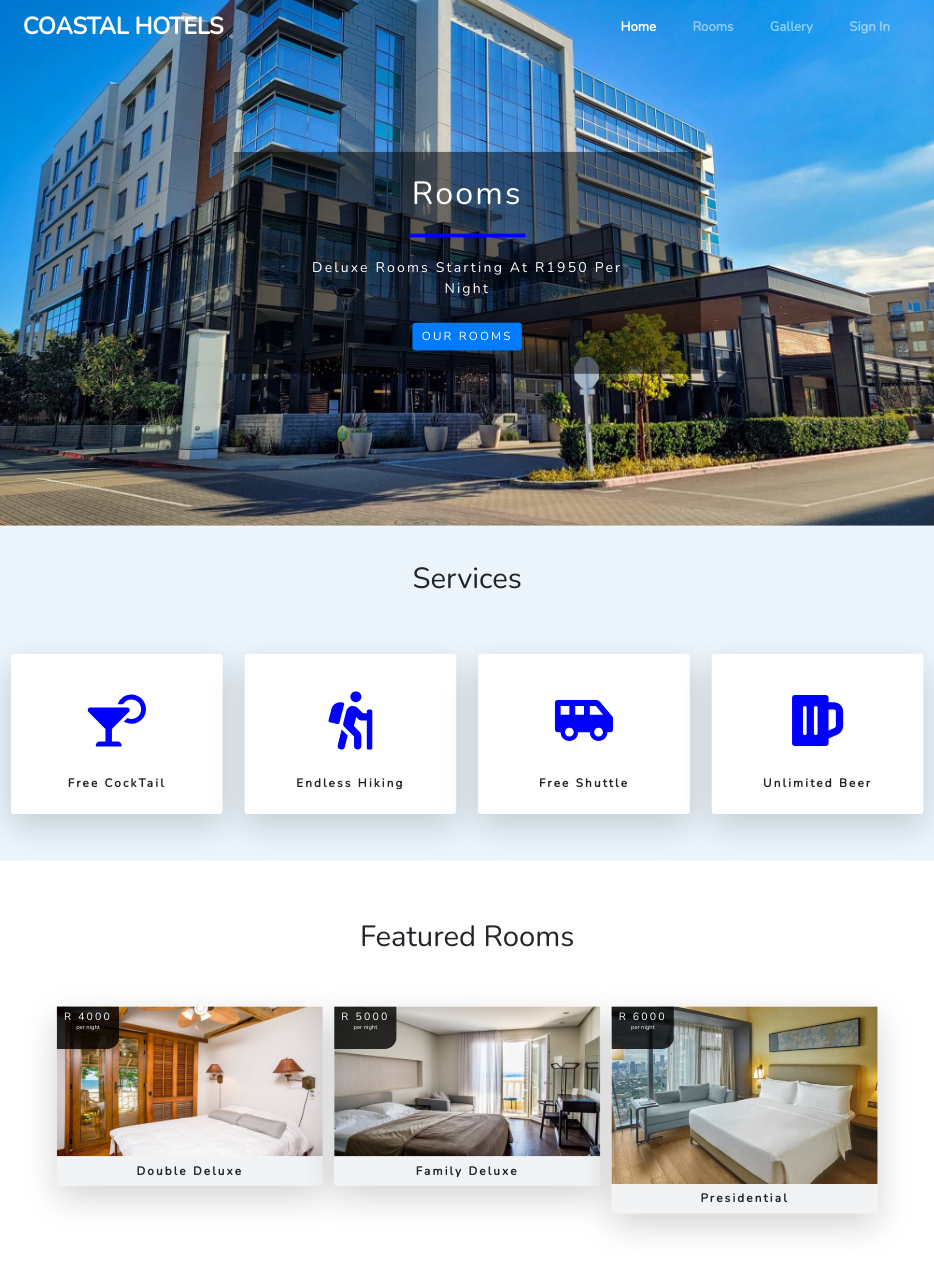
Repository: tebo27cMd/hotel
Page: /
These files come from the project's save history. The page is drawn as it stood at one moment and after the next save; the edit follows.
The browser window is 1280 px wide. The pictures show the whole page, at 73% of full size.
The project was rebuilt for these pictures with package versions that can differ from the ones it lists, and the page was loaded fresh each time. Also part of the build but not shown: src/components/RoomsFilter.jsx, src/components/RoomsList.jsx, src/components/RoomsContainer.jsx, src/pages/Rooms.jsx, src/components/StyledHero.jsx, src/firebase.js, src/pages/SingleRoom.jsx, src/pages/Error.jsx and 7 more.

Above is the page before, as saved 2022-11-16 12:54:34.

### public/index.html
<!DOCTYPE html>
<html lang="en">
  <head>
    <meta charset="utf-8" />
    <link rel="icon" href="%PUBLIC_URL%/favicon.ico" />
    <meta name="viewport" content="width=device-width, initial-scale=1" />
    <meta name="theme-color" content="#000000" />
    <meta
      name="description"
      content="Web site created using create-react-app"
    />
    <link rel="apple-touch-icon" href="%PUBLIC_URL%/logo192.png" />
    <link rel="manifest" href="%PUBLIC_URL%/manifest.json" />
    <title>Hotel Booking App</title>
    <link href="https://fonts.googleapis.com/css2?family=Nunito&display=swap" rel="stylesheet">
  </head>
  <body>
    <noscript>You need to enable JavaScript to run this app.</noscript>
    <div id="root"></div>
  </body>
</html>

### src/index.js
import React from 'react';
import ReactDOM from 'react-dom';
import App from './App';
import './index.css'
import * as serviceWorker from './serviceWorker';
import {RoomProvider} from './context'


ReactDOM.render(
  <React.StrictMode>
  <RoomProvider>
     <App />
  </RoomProvider>
  </React.StrictMode>,
  document.getElementById('root')
);

serviceWorker.unregister();

### src/App.js
import React from 'react';
import './App.css';
import '../node_modules/bootstrap/dist/css/bootstrap.min.css';
import '../node_modules/bootstrap/dist/js/bootstrap.min.js';
import { BrowserRouter,Route,Switch } from 'react-router-dom';
import Home from './pages/Home';
import Rooms from './pages/Rooms';
import SingleRoom from './pages/SingleRoom';
import Error from './pages/Error';
import Navbar from './components/Navbar';
import About from './pages/About';
// import Footer from './components/Footer';
import Contact from './pages/Contact';
import Booknow from './pages/Booknow';
// import Login from './pages/Login';
// import Register from './pages/Register';
import Payment from './pages/Payments';
import Gallery from './pages/gallery';

function App() {
  return (
    <div className="App">
      <BrowserRouter>
        <Navbar/>
        <Switch>
          {/* <Route exact path="/" component={Login}/> */}
          <Route exact path="/" component={Home} />
          <Route path="/about" component={About} />
          <Route path="/contact" component={Contact} />
          <Route path="/rooms/:id" component={SingleRoom} />
          <Route path="/rooms/" component={Rooms}/>
          <Route path="/booknow/:id" component={Booknow} />
          <Route path='/payments' component={Payment}/>
          <Route path='/gallery' component={Gallery}/>
          {/* <Route path='/login' component={Login}/>
          <Route path='/register' component={Register}/> */}
          <Route component={Error}/>
        </Switch>
        {/* <Footer/> */}
      </BrowserRouter>
    </div>
  );
}

export default App;

### src/App.css
@import url('https://fonts.googleapis.com/css2?family=Nunito&display=swap');
body {
  margin: 0;
  padding: 0;
  font-family: 'Nunito', sans-serif;
}
* {
  margin: 0;
  padding: 0;
  box-sizing: border-box;
}
:root {
  --primaryColor: #0000ff;
  --mainWhite: #fff;
  --offWhite: #f7f7f7;
  --mainBlack: #222;
  --mainGrey: #ececec;
  --darkGrey: #cfcfcf;
  --mainTransition: all 0.3s linear;
  --mainSpacing: 3px;
  --lightShadow: 2px 5px 3px 0px rgba(0, 0, 0, 0.5);
  --darkShadow: 4px 10px 5px 0px rgba(0, 0, 0, 0.5);
}
/* globals */
h1 {
  font-size: 3em;
  line-height: 1;
  margin-bottom: 0.5em;
}
h2 {
  font-size: 2em;
  margin-bottom: 0.75em;
}
h3 {
  font-size: 1.5em;
  line-height: 1;
  margin-bottom: 1em;
}
h4 {
  font-size: 1.2em;
  line-height: 1.25;
  margin-bottom: 1.25em;
}
h5 {
  font-size: 1em;
  font-weight: bold;
  margin-bottom: 1.5em;
}
h6 {
  font-size: 1em;
  font-weight: bold;
  margin-bottom: 1.5em;
}

.btn-primary {
  display: inline-block;
  text-decoration: none;
  letter-spacing: var(--mainSpacing);
  color: var(--mainBlack);
  background: var(--primaryColor);
  padding: 0.4rem 0.9rem;
  border: 3px solid var(--primaryColor);
  transition: var(--mainTransition);
  text-transform: uppercase;
  cursor: pointer;
}
.btn-warning {
  display: inline-block;
  text-decoration: none;
  letter-spacing: var(--mainSpacing);
  color: var(--mainBlack);
  background: var(--primaryColor);
  padding: 0.4rem 0.9rem;
  border: 3px solid var(--primaryColor);
  transition: var(--mainTransition);
  text-transform: uppercase;
  cursor: pointer;
}
.btn-primary:hover{
  text-decoration: none;
  background: transparent!important;
  color: #fff!important;
}
.btn-warning:hover{
  text-decoration: none;
  background: transparent!important;
  color: yellow!important;
}
.loading {
  text-transform: capitalize;
  text-align: center;
  margin-top: 3rem;
}
.roomerror{
  margin-top: 100px;
}
.roomerror:hover .error{
  background-color: #2C3E50;
  color: #ffffff!important;
}
.error {
  text-align: center;
  text-transform: uppercase;
  margin: 2rem 0;
}
.empty-search {
  text-align: center;
  text-transform: capitalize;
  margin: 2rem 0;
  padding: 1rem;
  letter-spacing: var(--mainSpacing);
}

/* end of globals */
/* Navbar */
.nav-link{
  padding: 8px 15px;
  margin-left: 10px;
  margin-right: 20px;
  font-size: 18px;
  text-align: center;
  border: 2px solid transparent;
  transition: .5s linear;
  font-weight: 800;
  -webkit-transition: .5s linear;
  -moz-transition: .5s linear;
  -ms-transition: .5s linear;
  -o-transition: .5s linear;
}
.bg-transparent.scrolled {
  background-color: black!important;
  transition:500ms ease;
}

.navbar-brand{
  font-size: 32px!important;
  color: #ffffff!important;
}
.nav-link:hover{
  color: #ffffff;
  border-bottom: 2px solid #ffffff;
}
.nav-link.active_class{
color: #ffffff;
border: 2px solid #ffffff;
font-weight: 800;
}

.form-control{
border: 2px solid #000;
}
.form-control:focus,
.form-control.active {
  border: 2px solid #000000!important;
}
textarea:focus,
textarea.form-control:focus,
input.form-control:focus,
input[type=text]:focus,
input[type=password]:focus,
input[type=email]:focus,
input[type=number]:focus,
[type=text].form-control:focus,
[type=password].form-control:focus,
[type=email].form-control:focus,
[type=tel].form-control:focus,
[contenteditable].form-control:focus {
box-shadow: inset 0 -1px 0 #ddd;
}


/* end of navbar */
/* Hero */
.defaultHero,
.roomsHero {
  min-height: calc(100vh - 0px);
  background: url("./images/defaultBcg.jpg") center/cover no-repeat;
  display: flex;
  align-items: center;
  justify-content: center;
  position: relative;
}
.roomsHero {
  background-image: url("./images/room-2.jpg");
  min-height: calc(100vh - 0px);
}
.singleRoom {
  background-image: url("./images/room-3.jpeg");
  min-height: calc(100vh - 0px);
}
.roomsError{
  background-image: url("./images/error.jpg");
  min-height: calc(100vh - 0px);
}
.lost{
  font-size: 44px;
  color: yellow;
  text-align: center;
}
/* End of Hero */
/* Banner */
.banner {
  display: inline-block;
  position: absolute!important;
  background: rgba(0, 0, 0, 0.5)!important;
  color: var(--mainWhite);
  text-align: center;
  text-transform: capitalize;
  letter-spacing: var(--mainSpacing);
  top: 50%;
  left: 50%;
  transform: translate(-50%, -50%);
}
.banner h1 {
  font-size: 44px!important;
}
.banner div {
  width: 10rem;
  height: 5px;
  background: var(--primaryColor);
  margin: 1.7rem auto;
}
.banner p {
  font-size: 1.2rem;
  margin-bottom: 2rem;
}
@media screen and (max-width: 576px) {
  .banner {
    padding: 2rem 3rem!important
  }
  .banner h1 {
    font-size: 32px!important;
  }
}
@media screen and (min-width: 992px) {
  .banner {
    padding: 2rem 6rem;
  }
  .banner h1 {
    font-size: 4rem;
  }
}
/* End of Banner */
/* Title */
.section-title {
  text-align: center;
  margin-bottom: 4rem;
}
.section-title h4 {
  font-size: 2rem;
  letter-spacing: var(--mainSpacing);
  text-transform: capitalize;
  margin-bottom: 1rem;
}
.section-title div {
  width: 5rem;
  height: 5px;
  margin: 0 auto;
  background: var(--primaryColor);
}
/* end of Title */

/* services */
.services {
  padding: 3rem 0;
}
.services {
  background: #EBF5FB;
  text-align: center;
}

.service span {
  display: inline-block;
  color: var(--primaryColor);
  font-size: 80px;
  margin-bottom: 1.5rem;
  transition: 1s linear;
  -webkit-transition: 1s linear;
  -moz-transition: 1s linear;
  -ms-transition: 1s linear;
  -o-transition: 1s linear;
}
.services span:hover{
  transform: rotate(360deg);
  -webkit-transform: rotate(360deg);
  -moz-transform: rotate(360deg);
  -ms-transform: rotate(360deg);
  -o-transform: rotate(360deg);
}
.services h6 {
  letter-spacing: var(--mainSpacing);
  font-weight: 1000;
  text-transform: capitalize;
}
.services p {
  width: 80%;
  margin: 0 auto;
}
@media screen and (min-width: 992px) {
  .services-center {
    width: 95vw;
    max-width: 1170px;
  }
}

@media screen and (min-width: 1200px) {
  .services p {
    width: 100%;
  }
}
/*end of services */
/* featured rooms */

.featured-rooms {
  padding: 5rem 0;
}

/* end pf featured rooms */
/* room */
.room {
  transition: 0.4s linear;
  -webkit-transition: 0.4s linear;
  -moz-transition: 0.4s linear;
  -ms-transition: 0.4s linear;
  -o-transition: 0.4s linear;
  position: relative;
}
.room:hover {
  box-shadow: 0px 9px 18px rgba(0, 0, 0, 0.5)!important;
}

.price-top {
  position: absolute;
  top: 0;
  left: 0;
  background: rgba(0, 0, 0, 0.8);
  color: var(--mainWhite);
  padding: 0.3rem 0.6rem 0.5rem;
  border-bottom-right-radius: 1rem;
  font-size: 0.5rem;
  text-align: center;
  transition: 0.4s linear;
  -webkit-transition: 0.4s linear;
  -moz-transition: 0.4s linear;
  -ms-transition: 0.4s linear;
  -o-transition: 0.4s linear;
}
.price-top h6 {
  margin-bottom: 0;
  font-size: 0.9rem;
  font-weight: 300;
  letter-spacing: var(--mainSpacing);
}
.room-link {
  position: absolute;
  bottom: 0;
  right: 0;
  opacity: 0;
  transition: all 0.3s linear;
}
.room:hover {
  background: rgba(0, 0, 0, 0.8);
}
.room:hover img {
  opacity: 0.3;
}
.room:hover .price-top {
  opacity: 0;
}
.room:hover .room-link {
  opacity: 1;
  transform: translate(-90%, -200%) scale(1);
  -webkit-transform: translate(-90%, -200%) scale(1);
  -moz-transform: translate(-90%, -200%) scale(1);
  -ms-transform: translate(-90%, -200%) scale(1);
  -o-transform: translate(-90%, -200%) scale(1);
}
.room-info {
  background: #F2F3F4;
  text-transform: capitalize;
  padding: 0.5rem 0;
  text-align: center;
  font-weight: 700;
  letter-spacing: var(--mainSpacing);
  margin-bottom: 0;
}
/* end of room  */
/* single room*/

.single-room {
  padding: 5rem 0 0 0;
}
.single-room-images {
  width: 80vw;
  margin: 0 auto;
  display: grid;
  grid-template-columns: repeat(auto-fit, minmax(350px, 1fr));
  grid-row-gap: 2rem;
  grid-column-gap: 50px;
}
.single-room-images img {
  width: 100%;
  display: block;
}
.single-room-info {
  width: 80vw;
  display: grid;
  grid-template-columns: 1fr;
  margin: 2rem auto;
}
.desc,
.info {
  margin: 1rem 0;
}
.desc h3 {
  text-transform: capitalize;
  letter-spacing: var(--mainSpacing);
}
.desc p {
  line-height: 1.5;
}
.info h3,
.info h6 {
  text-transform: capitalize;
  letter-spacing: var(--mainSpacing);
}

.info h6 {
  font-weight: 300;
}
.room-extras {
  width: 80vw;
  margin: 0 auto 3rem auto;
}
.room-extras h6 {
  text-transform: capitalize;
  letter-spacing: var(--mainSpacing);
}
.extras {
  list-style-type: none;
  display: grid;
  grid-template-columns: repeat(auto-fit, minmax(330px, 1fr));
  grid-column-gap: 2rem;
  grid-row-gap: 1rem;
}
@media screen and (min-width: 992px) {
  .single-room-images,
  .single-room-info,
  .room-extras {
    width: 95vw;
    max-width: 1170px;
  }
  .single-room-info {
    display: grid;
    grid-template-columns: 1fr 1fr;
    grid-column-gap: 2rem;
  }
  .info {
    padding-left: 3rem;
  }
}
/* end of single room*/
/* roomlist */
.roomslist {
  padding: 5rem 0;
}
.roomslist-center {
  width: 80vw;
  margin: 0 auto;
  display: grid;
  grid-template-columns: repeat(auto-fill, minmax(270px, 1fr));
  grid-row-gap: 2rem;
  grid-column-gap: 30px;
}

@media screen and (min-width: 776px) {
  .roomslist-center {
    width: 90vw;
  }
}
@media screen and (min-width: 992px) {
  .roomslist-center {
    width: 95vw;
    max-width: 1170px;
  }
}
/* end of roomlist */
/*  rooms fitler*/
/* .filter-container {
  padding: 5rem 0;
}

.form-group {
  text-transform: capitalize;
}
.form-group label {
  display: block;
  letter-spacing: var(--mainSpacing);
  margin-bottom: 0.5rem;
} */

.single-extra label {
  display: inline-block;
  font-size: 0.8rem;
  margin-left: 0.5rem;
}

/* end of rooms fitler*/

/* aboutus */

.aboutus,.contact{
  margin-top: 100px!important;
}
.about_company,.team{
  padding: 60px 30px;
}
.about_info{
  letter-spacing: 40;
}
.carousel-inner{
  min-height: 400px!important;
  max-height: 400px!important;
}
.connect{
  font-size: 44px!important;
  padding: 5px 8px;
}
/*  */
.container-log{
  display: flex;
  width: 100vw;
  height: 100vh;
  background:url(./images/back.jpg);
  background-size: cover;
justify-content: center;
}


.details{
  padding-top: 200px;
  content:center ;
  /* place-content: ; */
}

.put{
  width:50px;
  font-size: 20px;
  margin-top:10px;
  padding-right: 30px;
}

.put label{
 width: 500px;
 /* height: 100px; */
 font-size: 0.9em;
}

#det{
  width: 300px;
  height: 30px;
  border-radius: 10px;
  border: 1px solid rgb(110, 9, 177);
}

.btn-login{
  display: flex;
  font-size: 19px;
  border-radius:9px;
  color:white;
  background: rgb(255, 98, 0);
  box-shadow:  black 0px 15px 12px;
  outline: none;
  cursor: pointer;
  margin-top: 20px;
  width: 60px;


}
.acc{
  display: flex;
  flex-direction: row;
}

.acc span{
  padding-top:15px;
}
.btnl{
  display: flex;
  justify-content: center;
}


.containerreg{

  padding-top: 200px;
  display: grid;
  background:url(./images/back.jpg);
  background-size: cover;
}

.input{
  width:300px;
  margin-bottom:5px ;
}
#input{
  height: 40px;
  width: 350px;
  border-radius:10px;
  border: 1px solid rgb(110, 9, 177);
}

.input label{
  font-size: 1.1em;
}

.Register{
  background-size: cover;
  display: flex;
  flex-direction: column;
  align-items: center;
  width: 400px;
  margin:auto;
}

.btn-reg{
  display: flex;
  font-size: 20px;
  border-radius:25px;
  color:white;
  background: blue;
  box-shadow:  black 0px 15px 12px;
  outline: none;
  cursor: pointer;
  transition: all 0.1s;


}

### src/pages/Home.jsx
import React from 'react'
import Hero from '../components/Hero';
import Banner from '../components/Banner';
import { Link } from 'react-router-dom';
import Services from '../components/Services';
import FeaturedRooms from '../components/FeaturedRooms';

export default function Home() {
    return (
        <>
        <Hero hero="defaultHero">
        </Hero>
        <Banner title="Rooms" subtitle="deluxe rooms starting at R1950 per night">
                <Link to="/rooms" className="btn btn-primary">
                      Our Rooms
                </Link>
        </Banner>
        <Services/>
        <FeaturedRooms/>
        </>

    )
}

### src/components/Navbar.jsx
import React from 'react';
import {NavLink} from 'react-router-dom';
import { FaAlignRight } from 'react-icons/fa';
import jquery from 'jquery';

// for changing navbar  color
jquery(window).scroll(function() {
jquery('nav').toggleClass('scrolled', jquery(this).scrollTop() > 0);
})

const Navbar = () => {
    return (
    <>
        <nav className="navbar navbar-expand-sm navbar-dark bg-transparent py-2 fixed-top">
            <div className="container-fluid ">
                <span className="navbar-brand font-weight-bolder">COASTAL HOTELS</span>
                <a href="void(0)" className="navbar-toggler border-0" data-toggle="collapse" data-target="#navbarSupportedContent" aria-controls="navbarSupportedContent" aria-expanded="false" aria-label="Toggle navigation">
                    <span>
                        <FaAlignRight className="nav-icon" /></span>
                </a>
                <div className="collapse navbar-collapse" id="navbarSupportedContent">
                    <ul className="navbar-nav ml-auto">
                        <li className="nav-item">
                            <NavLink className="nav-link"   to="/">Home</NavLink>
                        </li>
                        <li className="nav-item">
                            <NavLink className="nav-link"   to="/rooms">Rooms</NavLink>
                        </li>
                        <li className="nav-item">
                            <NavLink className="nav-link"   to="/Gallery">Gallery</NavLink>
                        </li>
                        <li className="nav-item">
                            <NavLink className="nav-link"   to="/login">Sign In</NavLink>
                        </li>
                    </ul>
                </div>
            </div>
        </nav>
    </>
    );
}
export default Navbar;

### src/components/Hero.jsx
import React from 'react'

export default function Hero({childern, hero}) {
    return <header className={hero}>{childern}</header>;

}

Hero.defaulProps ={
    hero:"defaultHero"
};

### src/components/Banner.jsx
import React from 'react'

export default function Banner({ children , title , subtitle  }) {
    return (
        <div className="banner">
            <h1>{title}</h1>
            <div/>
            <p>{subtitle}</p>
             {children}
        </div>
    )
}

### src/components/Services.jsx
import React, { Component } from 'react'
import Title from './Title'
import {FaCocktail, FaHiking , FaShuttleVan,FaBeer} from 'react-icons/fa'

export default class Services extends Component {
    state={
        services:[
            {
                icon:<FaCocktail/>,
                title: "Free CockTail",

            },
            {
                icon:<FaHiking/>,
                title: "Endless Hiking",

            },
            {
                icon:<FaShuttleVan/>,
                title: "Free Shuttle",

            },
            {
                icon:<FaBeer/>,
                title: "Unlimited Beer",

            },

        ]
    }
    render() {
        return (
            <div className="container-fluid services">
             <Title title="Services" />
                <div className="row">
                   {this.state.services.map((item, index) => {
                      return(
                        <div className="col-md-4 col-lg-3 col-12 mx-auto my-3" key={index}>
                            <div className="card shadow-lg border-0 p-4">
                                <article className="service">
                                <span>{item.icon}</span>
                                <h6>{item.title}</h6>
                                <p>{item.info}</p>
                                </article>
                           </div>
                        </div>
                      )
                   })}
                </div>
            </div>
        )
    }
}

### src/components/FeaturedRooms.jsx
import React, { Component } from 'react'
import { RoomContext } from '../context'
import Loading from './Loading';
import Room from './Room';
import Title from './Title';

export default class FeaturedRooms  extends Component {
    static contextType = RoomContext;
    render() {
        let { loading, featuredRooms : rooms } = this.context;
        console.log(rooms);
        rooms = rooms.map(room => {
            return <Room key={room.id} room={room}/>
        });
        return (

            <section className="featured-rooms container">
                <Title  title="Featured Rooms" />
                <div className="row">
                  {loading ? <Loading/> : rooms}
                </div>
            </section>
        )
    }
}

### src/components/Title.jsx
import React from 'react'

export default function Title({title}) {
    return (
        <div className="section-title">
            <h1>{title}</h1>
            {/* <div/> */}
        </div>
    )
}

### src/components/Loading.js
import React from 'react'
import loadingGif from '../images/gif/loading-arrow.gif';
export default function Loading() {
    return (
        <div className="loading">
           <h4>Rooms data loading...</h4>
           <img  src={loadingGif} alt="loading please wait"/>
        </div>
    )
}

### src/components/Room.jsx
import React from 'react';
import {Link} from 'react-router-dom';
import defaultImg from '../images/room-1.jpeg';
import PropTypes from 'prop-types';

export default function Room({room}) {
    const { name , id, images, price } = room;
    return (
        <div className="col-md-4 col-12 mx-auto p-2">
            <div className="card shadow-lg border-0 room">
                <img src={images[0] || defaultImg} alt="single room" className="img-fluid"/>
                <div className="price-top">
                    <h6>R {price}</h6>
                    <p>per night</p>
                </div>
                <Link to={`/rooms/${id}`} className="btn-warning room-link text-center" >Features</Link>
              <p className="room-info">{name}</p>
            </div>
        </div>
    )
}

Room.propTypes = {
    room: PropTypes.shape({
        name:PropTypes.string.isRequired,
        id:PropTypes.string.isRequired,
        images:PropTypes.arrayOf(PropTypes.string).isRequired,
        price:PropTypes.number.isRequired,
    })
}

Loaded but not shown: src/index.css (common file); src/serviceWorker.js (common file); src/data.js (760 lines, source omitted); src/context.js (116 lines, source omitted)

After the next save:
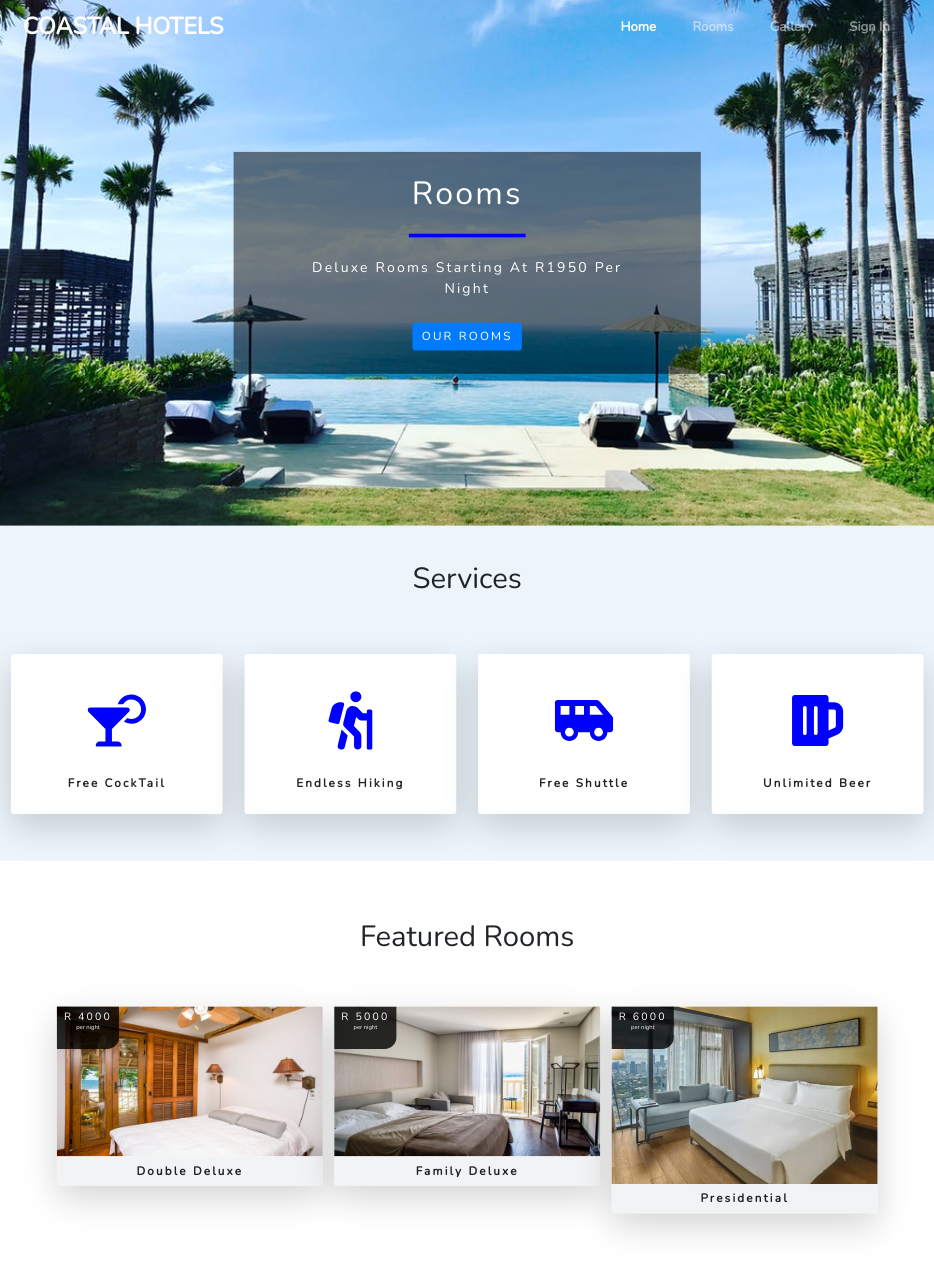
Saved 9 min 50 s later.
--- a/src/App.css
+++ b/src/App.css
@@ -174,7 +174,7 @@ box-shadow: inset 0 -1px 0 #ddd;
 .defaultHero,
 .roomsHero {
   min-height: calc(100vh - 0px);
-  background: url("./images/defaultBcg.jpg") center/cover no-repeat;
+  background: url("./images/defaultBcg.jpeg") center/cover no-repeat;
   display: flex;
   align-items: center;
   justify-content: center;
